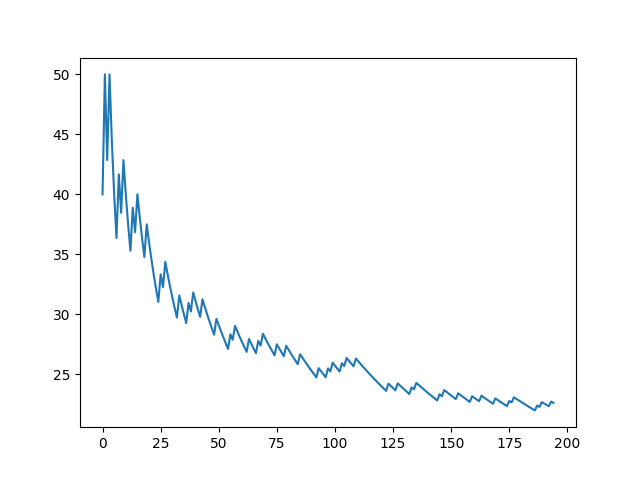
Repository: Vorztek/Data
Script's output: python Exercices_Python/Old_project/Maths_and_algorithms/Première_série_exo/génération_nombre_premiers.py
An editor plug-in stored every save of this project. The script's output is shown before and after the next save, followed by the edit.
Random numbers start from a fixed seed.

Above is the script's output before, as saved 2021-07-28 16:31:46.

After the next save:
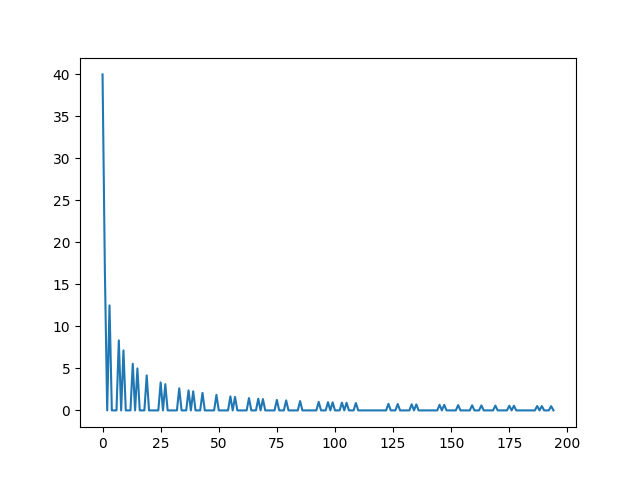
Saved 2 min 20 s later.
--- a/Exercices_Python/Old_project/Maths_and_algorithms/Première_série_exo/génération_nombre_premiers.py
+++ b/Exercices_Python/Old_project/Maths_and_algorithms/Première_série_exo/génération_nombre_premiers.py
@@ -1,5 +1,6 @@
 import matplotlib.pyplot as plt
 
+meoisation = []
 def is_prime(p):
     if p < 2:
         return False
@@ -7,26 +8,15 @@
         if p % j == 0:
             return False
     else:
+        meoisation.append(p)
         return True
 
-meoisation = []
-
-""" def number_of_prime(n):
-    compte = 0
-    # Pour chaque élement compris dans la liste de chaque élement de l'intervalle
-    if n in meoisation:
-        print("NEZOFLIUC")
-        compte += 1
-        pourcent = ((compte / n) *100)
-        print(meoisation)
-        return pourcent """
-
-def number_of_prime2(n):
+def number_of_prime(n):
     compte = 0
     for i in range(2, n):
-        if is_prime(i) is True:
-            compte += 1
-            meoisation.append(i)
+        if i not in meoisation:
+            if is_prime(i) is True:
+                compte += 1
     pourcent = ((compte / n) *100)
     return pourcent
 
@@ -34,7 +24,7 @@
     liste1 = []
     #valeur = int(input("Quelle est la valeur maximale souhaitée : "))
     for n in range(5, 200):
-        liste1.append(number_of_prime2(n))
+        liste1.append(number_of_prime(n))
     return liste1
 
 plt.plot(courbe())

After the 2 saves that followed:
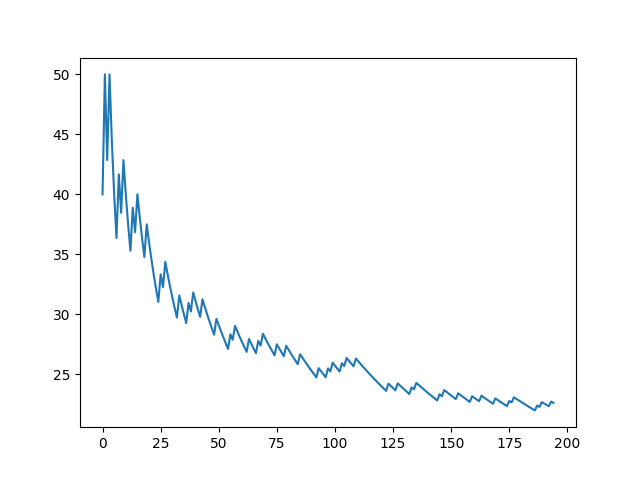
The 2 saves are shown as one change because 1 left the picture as it was.
The last was saved 37 s later.
--- a/Exercices_Python/Old_project/Maths_and_algorithms/Première_série_exo/génération_nombre_premiers.py
+++ b/Exercices_Python/Old_project/Maths_and_algorithms/Première_série_exo/génération_nombre_premiers.py
@@ -17,6 +17,8 @@
         if i not in meoisation:
             if is_prime(i) is True:
                 compte += 1
+        else:
+            compte += 1
     pourcent = ((compte / n) *100)
     return pourcent
 
